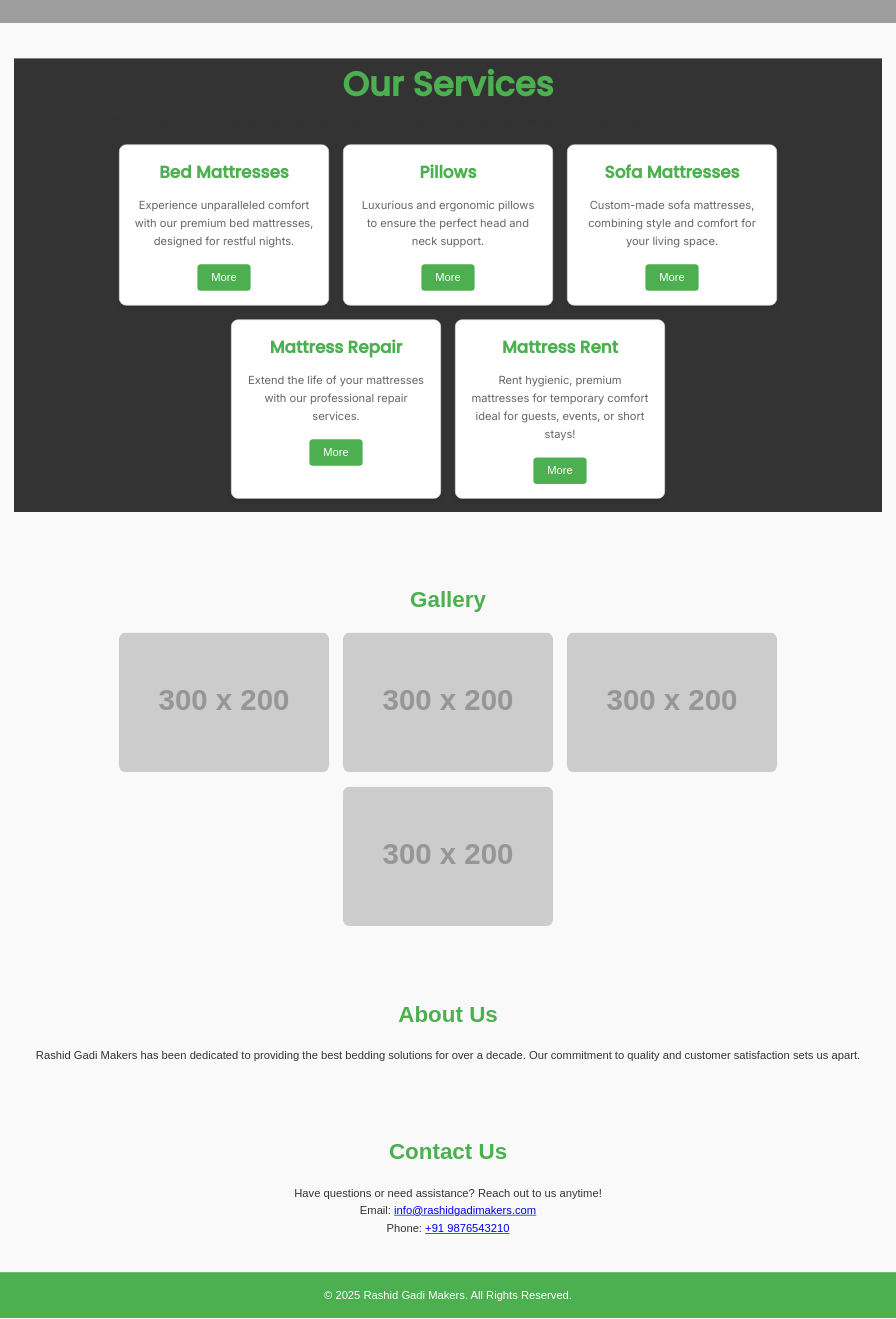
Repository: nadafgroup/rashidgadiUI
Page: src/home.html
The author's editor kept a copy of each file at every save. The page is drawn from the files as they stood at one save, then again after the next save.
The browser window is 1280 px wide. The pictures show the part of the page from y = 528 to 2448 px (the page is 2412 px tall before and 2448 px after), at 70% of full size.
Pictures or frames that could not be fetched are drawn as grey boxes.

Above is the page before, as saved 2025-01-23 11:41:48.

### src/home.html
<!DOCTYPE html>
<html lang="en">
<head>
    <meta charset="UTF-8">
    <meta name="viewport" content="width=device-width, initial-scale=1.0">
    <title>Rashid Gadi Makers</title>
   <link rel="stylesheet" href="./home.css">
</head>
<body>
    <!-- Navbar -->
    <nav class="navbar">
        <div class="logo">Rashid Gadi Makers</div>
        <ul>
            <li><a href="#home">Home</a></li>
            <li><a href="#services">Services</a></li>
            <li><a href="#gallery">Gallery</a></li>
            <li><a href="#about">About Us</a></li>
            <li><a href="#contact">Contact Us</a></li>
        </ul>
    </nav>

    <!-- Hero Section -->
    <div class="hero" id="home">
        <div class="content">
            <h1>Welcome to Rashid Gadi Makers</h1>
            <p>Your one-stop solution for premium mattresses and pillows.</p>
        </div>
    </div>

    <!-- Services Section -->
    <section  class="services" id="services">
        <div class="container">
        <h2>Our Services</h2>
        <p>We specialize in crafting high-quality mattresses, pillows, and other bedding essentials to enhance your comfort and well-being.</p>
        <div class="services-container">
            <div class="service-card">
                <h3>Bed Mattresses</h3>
                <p>Experience unparalleled comfort with our premium bed mattresses, designed for restful nights.</p>
                <button class="btn-more">More</button>
            </div>
            <div class="service-card">
                <h3>Pillows</h3>
                <p>Luxurious and ergonomic pillows to ensure the perfect head and neck support.</p>
                <button class="btn-more">More</button>
            </div>
            <div class="service-card">
                <h3>Sofa Mattresses</h3>
                <p>Custom-made sofa mattresses, combining style and comfort for your living space.</p>
                <button class="btn-more">More</button>
            </div>
            <div class="service-card">
                <h3>Mattress Repair</h3>
                <p>Extend the life of your mattresses with our professional repair services.</p>
                <button class="btn-more">More</button>
            </div>
            <div class="service-card">
                <h3>Mattress Rent</h3>
                <p>Rent hygienic, premium mattresses for temporary comfort ideal for guests, events, or short stays!</p>
                <button class="btn-more">More</button>
            </div>
        </div>
    </div>
    </section>

    <!-- Gallery Section -->
    <section id="gallery">
        <h2>Gallery</h2>
        <div class="gallery">
            <img src="https://via.placeholder.com/300x200" alt="Gallery Image 1">
            <img src="https://via.placeholder.com/300x200" alt="Gallery Image 2">
            <img src="https://via.placeholder.com/300x200" alt="Gallery Image 3">
            <img src="https://via.placeholder.com/300x200" alt="Gallery Image 4">
        </div>
    </section>

    <!-- About Us Section -->
    <section id="about">
        <h2>About Us</h2>
        <p>Rashid Gadi Makers has been dedicated to providing the best bedding solutions for over a decade. Our commitment to quality and customer satisfaction sets us apart.</p>
    </section>

    <!-- Contact Section -->
    <section id="contact">
        <h2>Contact Us</h2>
        <p>Have questions or need assistance? Reach out to us anytime!</p>
        <p>Email: <a href="mailto:info@rashidgadimakers.com">info@rashidgadimakers.com</a></p>
        <p>Phone: <a href="tel:+919876543210">+91 9876543210</a></p>
    </section>

    <!-- Footer -->
    <footer>
        <p>&copy; 2025 Rashid Gadi Makers. All Rights Reserved.</p>
    </footer>
</body>
</html>

### src/home.css
@font-face {
    font-family: 'poppins';
    src: url('../assets/fonts/Poppins/Poppins-Medium.ttf') format('truetype');
}



@font-face {
    font-family: 'inter';
    src: url('../assets/fonts/Inter/Inter-VariableFont_opsz\,wght.ttf') format('truetype');
}

@font-face {
    font-family: 'Exo';
    src: url('../assets/fonts/Exo2-VariableFont_wght.ttf') format('truetype');
}

 /* Reset and Basic Styling */
 * {
    margin: 0;
    padding: 0;
    box-sizing: border-box;
}

body {
    font-family: Arial, sans-serif;
    line-height: 1.6;
    background-color: #f9f9f9;
    color: #333;
}

/* Navbar Styles */
.navbar {
    display: flex;
    justify-content: space-between;
    align-items: center;
    padding: 10px 20px;
    background-color: #4CAF50;
    color: white;
    position: sticky;
    top: 0;
    z-index: 1000;
}

.navbar .logo {
    font-size: 1.5rem;
    font-weight: bold;
}

.navbar ul {
    list-style: none;
    display: flex;
}

.navbar ul li {
    margin: 0 15px;
}

.navbar ul li a {
    text-decoration: none;
    color: white;
    transition: color 0.3s;
}

.navbar ul li a:hover {
    color: #ddd;
}

/* Hero Section */
.hero {
    display: flex;
    justify-content: center;
    align-items: center;
    text-align: center;
    background: url('../assets/img/1.png') no-repeat center center/cover;
    /* color: white; */
    height: 70vh;
    padding: 20px;
    animation: fadeIn 1.5s ease-in-out;
}

@keyframes fadeIn {
    from {
        opacity: 0;
        transform: translateY(-20px);
    }
    to {
        opacity: 1;
        transform: translateY(0);
    }
}



.content{
    backdrop-filter: blur(1px) saturate(180%);
    -webkit-backdrop-filter: blur(1px) saturate(180%);
    background-color: rgba(255, 255, 255, 0.74);
    border-radius: 12px;
    border: 1px solid rgba(209, 213, 219, 0.3);
    padding: 20px;
}

.content h1 {
    font-size: 3rem;
    background: linear-gradient(to right, #5c5cbe, #2b84c4);
    -webkit-background-clip: text;
    -webkit-text-fill-color: transparent;
    font-family: 'poppins';
}

.content p {
    font-size: 1.2rem;
    font-family: 'inter';

}

/* service */
/* Services Section Styling */



.container{
    height: 90vh;
    background-color: #333;
}

.services-container {
    display: flex;
    flex-wrap: wrap;
    justify-content: center;
    gap: 20px;
    margin-top: 20px;

}


.services h2{
    font-family: 'poppins';
    font-size: 3rem;
    margin-bottom: 0px;
}

.services p{
    font-family: 'inter'
}

.service-card {
    background-color: white;
    border: 1px solid #ddd;
    border-radius: 10px;
    box-shadow: 0 4px 6px rgba(0, 0, 0, 0.1);
    width: 300px;
    padding: 20px;
    text-align: center;
    transition: transform 0.3s, box-shadow 0.3s;
}

.service-card:hover {
    transform: translateY(-5px);
    box-shadow: 0 6px 10px rgba(0, 0, 0, 0.2);
}

.service-card h3 {
    font-size: 1.5rem;
    color: #4CAF50;
    margin-bottom: 15px;
    font-family: 'poppins';

}

.service-card p {
    font-size: 1rem;
    color: #666;
    margin-bottom: 20px;
    font-family: 'inter';
}

.btn-more {
    background-color: #4CAF50;
    color: white;
    border: none;
    border-radius: 5px;
    padding: 10px 20px;
    cursor: pointer;
    font-size: 1rem;
    transition: background-color 0.3s;
}

.btn-more:hover {
    background-color: #45a049;
}


/* Section Styles */
section {
    padding: 50px 20px;
    text-align: center;
}

section h2 {
    margin-bottom: 20px;
    font-size: 2rem;
    color: #4CAF50;
}

.gallery {
    display: flex;
    flex-wrap: wrap;
    justify-content: center;
    gap: 20px;
}

.gallery img {
    width: 300px;
    height: 200px;
    object-fit: cover;
    border-radius: 10px;
}

/* Footer Styles */
footer {
    text-align: center;
    padding: 20px;
    background-color: #4CAF50;
    color: white;
}

/* Responsive Design */
@media (max-width: 768px) {
    .hero h1 {
        font-size: 2.5rem;
    }

    .gallery img {
        width: 100%;
        max-width: 400px;
    }
}

After the next save:
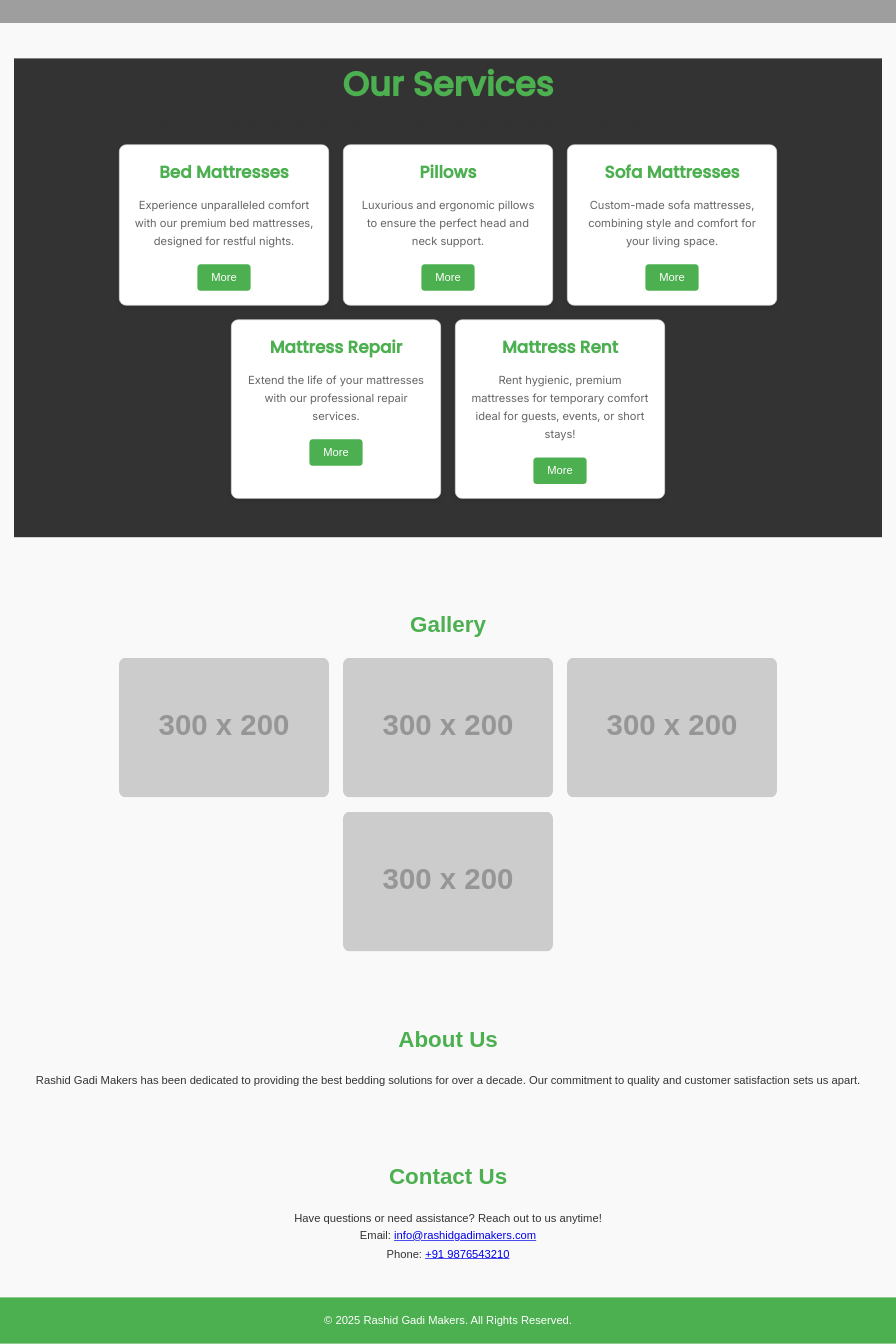
Saved 8 s later.
--- a/src/home.css
+++ b/src/home.css
@@ -121,7 +121,7 @@ body {
 
 
 .container{
-    height: 90vh;
+    height: 95vh;
     background-color: #333;
 }
 
